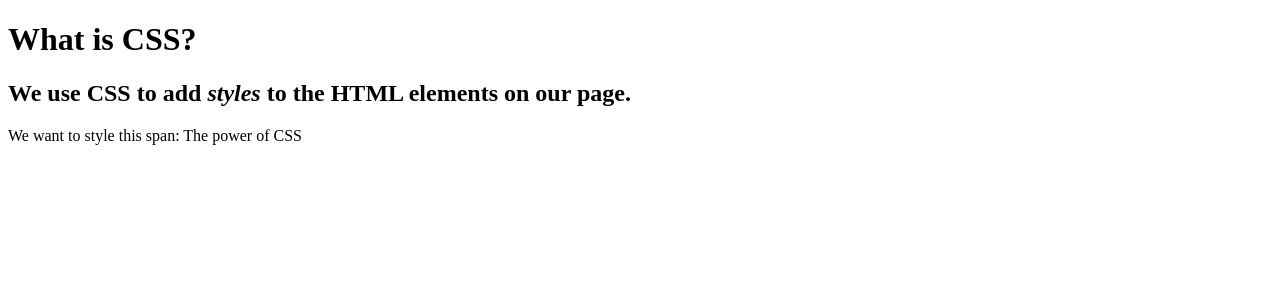
Repository: 3EyEdRav3n/10-2020-cohort-course
Page: week-1/day-3/index.html
These files come from the project's save history. The page is drawn as it stood at one moment and after the next save; the edit follows.
The browser window is 1280 px wide. The pictures show the whole page.

Above is the page before, as saved 2020-10-28 19:40:34.

### week-1/day-3/index.html
<!DOCTYPE html>
<html lang="en">
  <head>
    <meta charset="UTF-8" />
    <meta name="viewport" content="width=device-width, initial-scale=1.0" />
    <title>Document</title>
  </head>
  <body>
    <h1>What is CSS?</h1>
    <h2>We use CSS to add <em>styles</em> to the HTML elements on our page.</h2>

    <p>We want to style this span: <span>The power of CSS</span></p>
  </body>
</html>

After the next save:
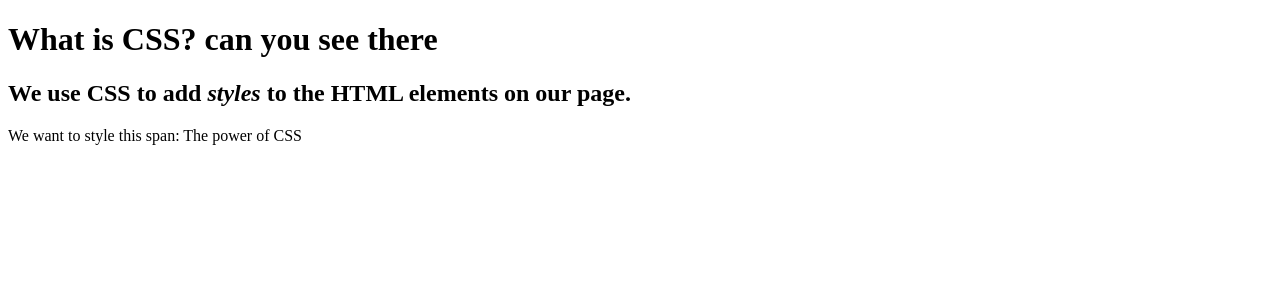
Saved 33 s later.
--- a/week-1/day-3/index.html
+++ b/week-1/day-3/index.html
@@ -6,7 +6,7 @@
     <title>Document</title>
   </head>
   <body>
-    <h1>What is CSS?</h1>
+    <h1>What is CSS? can you see there</h1>
     <h2>We use CSS to add <em>styles</em> to the HTML elements on our page.</h2>
 
     <p>We want to style this span: <span>The power of CSS</span></p>

After the save that followed:
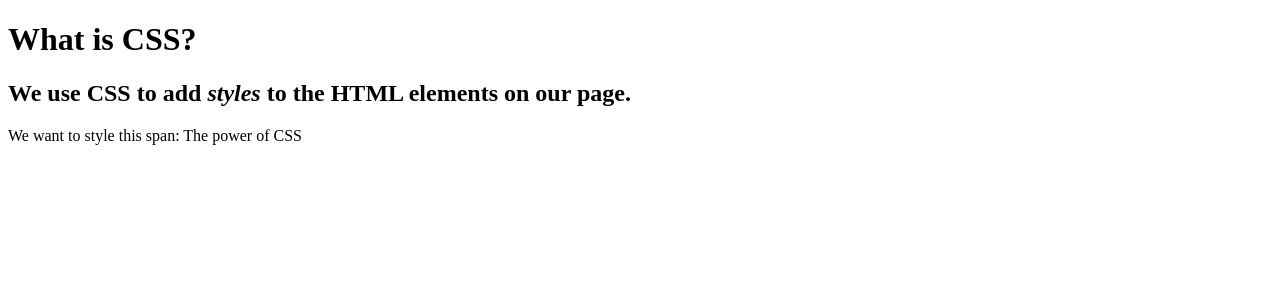
Saved 17 s later.
--- a/week-1/day-3/index.html
+++ b/week-1/day-3/index.html
@@ -6,7 +6,7 @@
     <title>Document</title>
   </head>
   <body>
-    <h1>What is CSS? can you see there</h1>
+    <h1>What is CSS?</h1>
     <h2>We use CSS to add <em>styles</em> to the HTML elements on our page.</h2>
 
     <p>We want to style this span: <span>The power of CSS</span></p>
